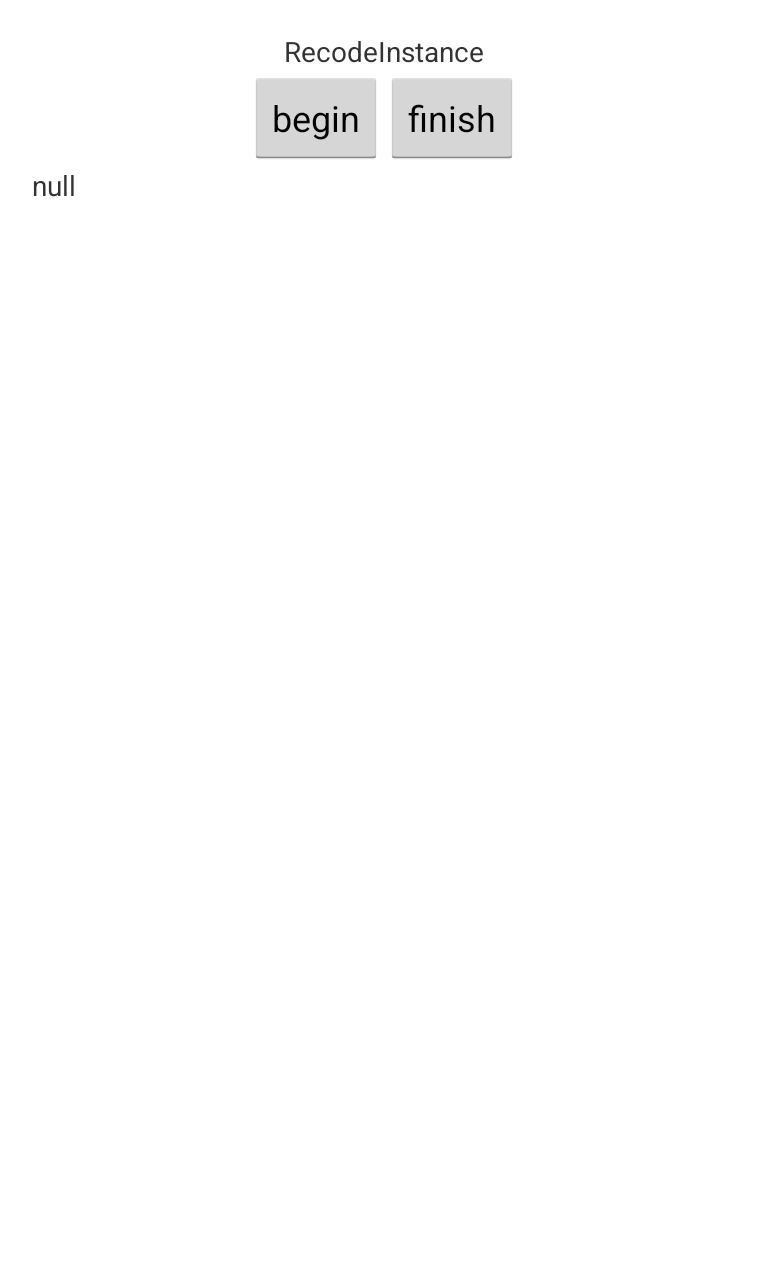
Repository: ShigerD/AndroidSample
Layout: Sample/Sample13/Sample13_5/Recode/res/layout/activity_main.xml
These files come from the project's save history. The layout is drawn as it stood at one moment and after the next save; the edit follows.
It is drawn on a 768 x 1280 px phone screen (xhdpi) without system bars, with theme AppTheme; the app's code is not run.

Above is the layout before, as saved 2016-08-18 07:41:00.

### Sample/Sample13/Sample13_5/Recode/res/layout/activity_main.xml
<RelativeLayout xmlns:android="http://schemas.android.com/apk/res/android"
    xmlns:tools="http://schemas.android.com/tools"
    android:layout_width="match_parent"
    android:layout_height="match_parent"
    android:layout_gravity="center"
    android:paddingBottom="@dimen/activity_vertical_margin"
    android:paddingLeft="@dimen/activity_horizontal_margin"
    android:paddingRight="@dimen/activity_horizontal_margin"
    android:paddingTop="@dimen/activity_vertical_margin"
    tools:context="com.example.recode.MainActivity" >

    <LinearLayout
        android:layout_width="match_parent"
        android:layout_height="match_parent"
        android:layout_alignParentBottom="true"
        android:layout_centerHorizontal="true"
        android:orientation="vertical" >

        <TextView
            android:layout_width="wrap_content"
            android:layout_height="wrap_content"
            android:layout_gravity="center_horizontal"
            android:text="@string/title" />

        <LinearLayout
            android:layout_width="match_parent"
            android:layout_height="wrap_content"
            android:gravity="center_horizontal" >

            <Button
                android:id="@+id/start"
                android:layout_width="wrap_content"
                android:layout_height="wrap_content"
                android:text="@string/start" />

            <Button
                android:id="@+id/stop"
                android:layout_width="wrap_content"
                android:layout_height="wrap_content"
                android:text="@string/stop" />

        </LinearLayout>

        <LinearLayout
            android:layout_width="match_parent"
            android:layout_height="wrap_content"
            android:layout_gravity="center_horizontal"
           >

            <TextView
                android:id="@+id/textView1"
                android:layout_width="wrap_content"
                android:layout_height="wrap_content"
                android:layout_gravity="center_horizontal"
                android:text="@string/state" />

        </LinearLayout>

    </LinearLayout>

</RelativeLayout>

### Sample/Sample13/Sample13_5/Recode/res/values/strings.xml
<?xml version="1.0" encoding="utf-8"?>
<resources>

    <string name="app_name">Recode</string>
    <string name="hello_world">Hello world!</string>
    <string name="action_settings">Settings</string>
    <string name="title">RecodeInstance</string>
    <string name="start">begin</string>
    <string name="stop">finish</string>
    <string name="state">null</string>

</resources>

Loaded but not shown: Sample/Sample13/Sample13_5/Recode/res/values/styles.xml (common file); Sample/Sample13/Sample13_5/Recode/res/values-v11/styles.xml (common file); Sample/Sample13/Sample13_5/Recode/res/values-v14/styles.xml (common file); Sample/Sample13/Sample13_5/Recode/res/values/dimens.xml (common file); Sample/Sample13/Sample13_5/Recode/res/values-w820dp/dimens.xml (common file)

After the next save:
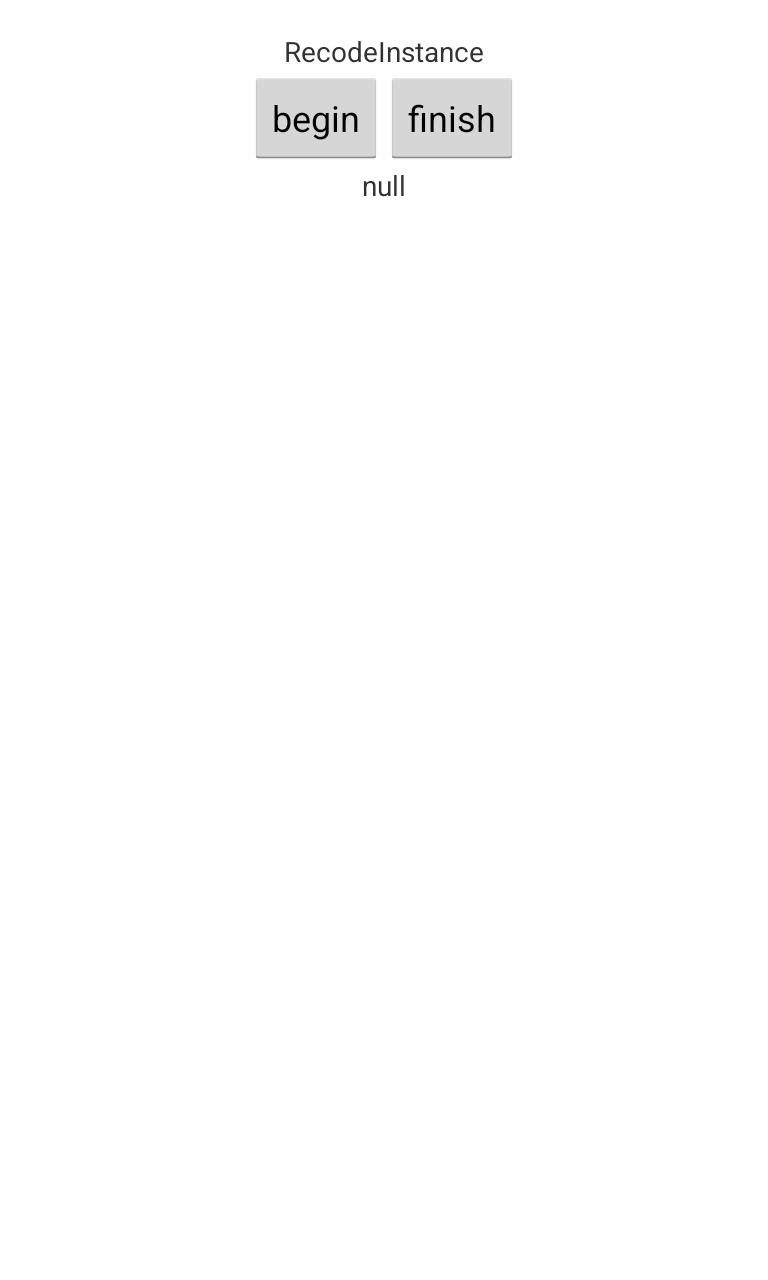
Saved 57 s later.
--- a/Sample/Sample13/Sample13_5/Recode/res/layout/activity_main.xml
+++ b/Sample/Sample13/Sample13_5/Recode/res/layout/activity_main.xml
@@ -44,14 +44,14 @@
         <LinearLayout
             android:layout_width="match_parent"
             android:layout_height="wrap_content"
-            android:layout_gravity="center_horizontal"
-           >
+
+            android:gravity="center" >
 
             <TextView
                 android:id="@+id/textView1"
                 android:layout_width="wrap_content"
                 android:layout_height="wrap_content"
-                android:layout_gravity="center_horizontal"
+
                 android:text="@string/state" />
 
         </LinearLayout>
